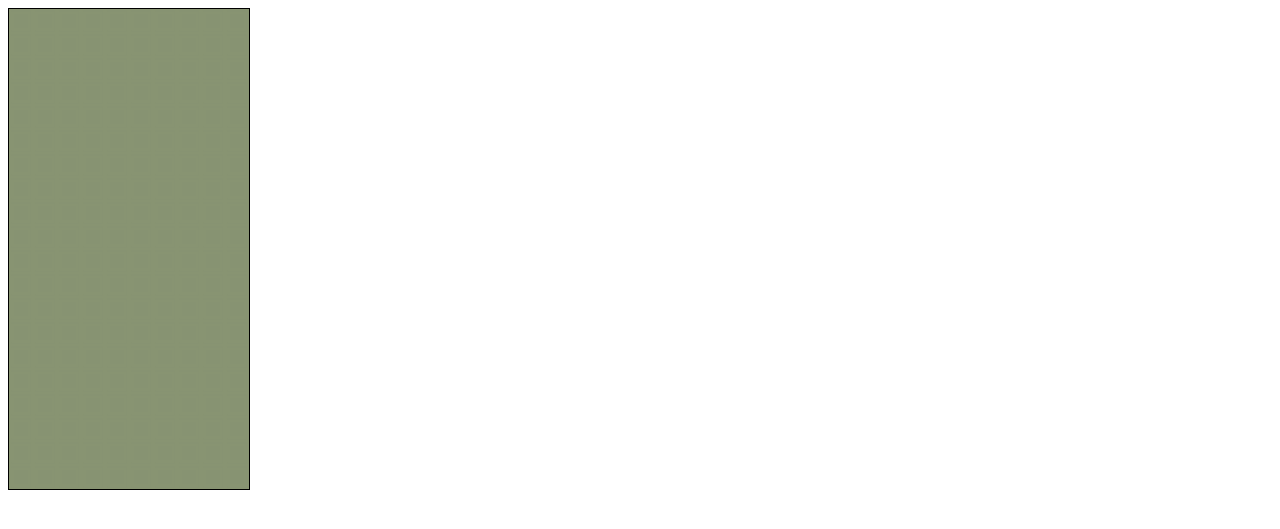
Repository: yzarc204/tetris-web
Page: index.html
The author's editor kept a copy of each file at every save. The page is drawn from the files as they stood at one save, then again after the next save.
The browser window is 1280 px wide. The pictures show the whole page.

Above is the page before, as saved 2021-09-20 18:59:59.

### index.html
<!DOCTYPE html>
<html lang="en">
<head>
    <meta charset="UTF-8">
    <meta http-equiv="X-UA-Compatible" content="IE=edge">
    <meta name="viewport" content="width=device-width, initial-scale=1.0">
    <title>Tetris</title>
    <style>
        canvas {
            border: 1px solid #000;
        }
    </style>
</head>
<body>
    <script src="js/const.js"></script>
    <script src="js/board.js"></script>
    <script src="js/pixel.js"></script>
    <script src="js/brick.js"></script>
    <script src="js/game.js"></script>
</body>
</html>

### js/const.js
const PIXEL_SIZE = 24;

const B = true;
const _ = false;

const ROW = 20;
const COL = 10;

const GAME_WIDTH = PIXEL_SIZE * COL;
const GAME_HEIGHT = PIXEL_SIZE * ROW;

const GAME_BG_COLOR = '#889472';
const PIXEL_COLOR = '#000000';
const PIXEL_BG_COLOR = '#879372';

### js/board.js
class Board
{
    constructor(tetris) {
        this.tetris = tetris;
        this.map = [];
        this.row = ROW;
        this.col = COL;
        this.init();
    }

    init() {
        for (let row = 0; row < this.row; row++) {
            let rowData = [];
            for (let col = 0; col < this.col; col++) {
                rowData.push(_);
            }
            this.map.push(rowData);
        }
    }

    draw() {
        for (let row = 0; row < this.row; row++) {
            for (let col = 0; col < this.col; col++) {
                if (this.map[row][col] == _)
                    new Pixel(this.tetris, row, col, PIXEL_BG_COLOR).draw();
            }
        }
    }
};

### js/pixel.js
class Pixel
{
    constructor(tetris, row, col, color) {
        this.tetris = tetris;
        this.row = row;
        this.col = col;
        this.color = color;
        this.size = PIXEL_SIZE;
    }

    draw() {
        const x = this.row * this.size;
        const y = this.col * this.size;
        // Set color
        this.tetris.ctx.fillStyle = this.color;
        this.tetris.ctx.strokeStyle = this.color;
        this.tetris.ctx.lineWidth = 1;
        // Draw outline
        this.tetris.ctx.strokeRect(y+2, x+2, this.size-4, this.size-4);
        // Draw area
        this.tetris.ctx.fillRect(y+5, x+5, this.size-10, this.size-10, this.color);
    }
};

### js/game.js
class Tetris {
    constructor() {
        this.cvs = null;
        this.ctx = null;
        this.board = null;
        this.brick = null;
        this.score = 0;
        this.init();
        this.startGame();
        this.gameLoop = setInterval(() => this.loop(), 100);
    }

    init() {
        // Create canvas
        this.cvs = document.createElement('canvas');
        this.cvs.width = GAME_WIDTH;
        this.cvs.height = GAME_HEIGHT;
        document.body.appendChild(this.cvs);

        this.ctx = this.cvs.getContext('2d');
    }

    startGame() {
        this.board = new Board(this);
    }

    clrscr() {
        this.ctx.fillStyle = GAME_BG_COLOR;
        this.ctx.fillRect(0, 0, GAME_WIDTH, GAME_HEIGHT);
    }

    loop() {
        this.clrscr();
        this.update();
        this.draw();
    }

    update() {
    }

    draw() {
        this.board.draw();
    }
};

const tetris = new Tetris();

Loaded but not shown: js/brick.js (no copy from this time; the picture is the same without it)

After the next save:
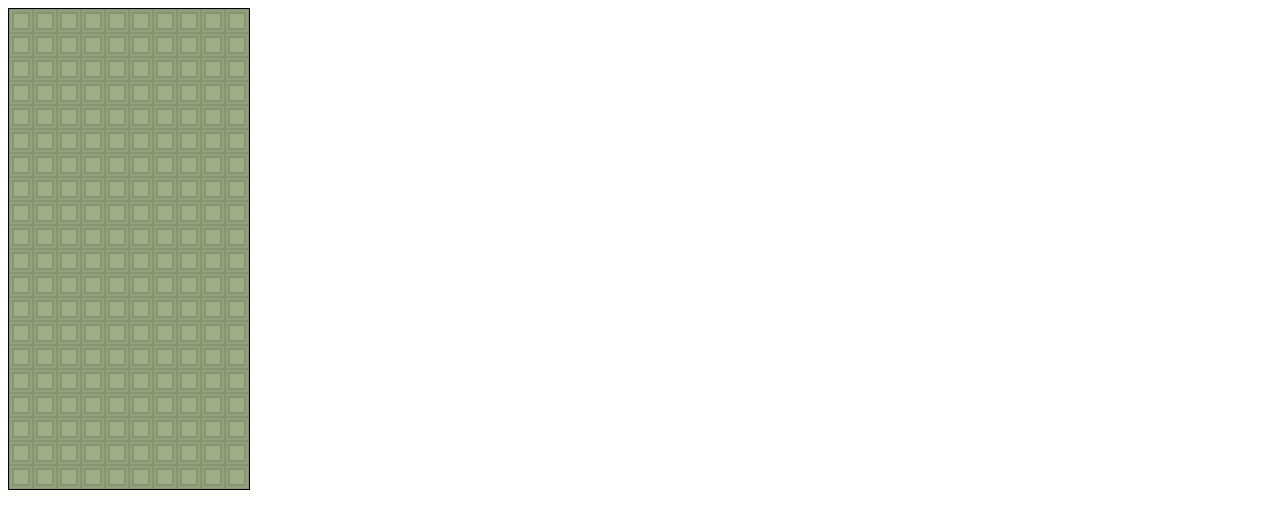
Saved 20 s later.
--- a/js/const.js
+++ b/js/const.js
@@ -11,4 +11,4 @@ const GAME_HEIGHT = PIXEL_SIZE * ROW;
 
 const GAME_BG_COLOR = '#889472';
 const PIXEL_COLOR = '#000000';
-const PIXEL_BG_COLOR = '#879372';
+const PIXEL_BG_COLOR = '#9EAD86';
